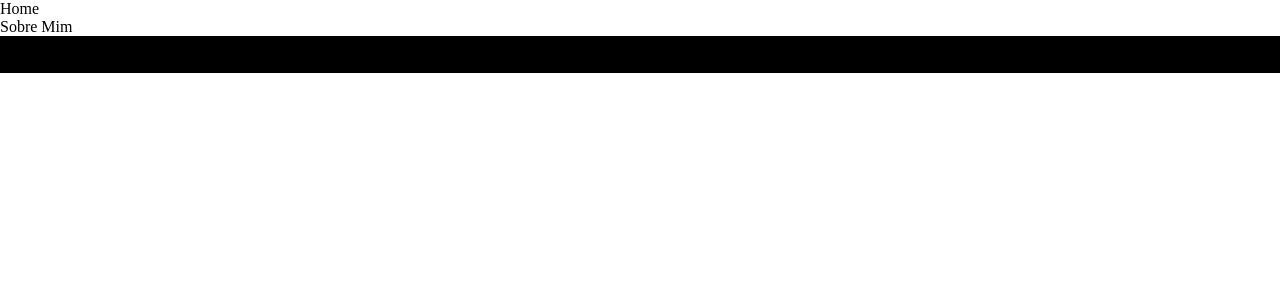
Repository: gimoli/projeto-portifolio
Page: index.html
The author's editor kept a copy of each file at every save. The page is drawn from the files as they stood at one save, then again after the next save.
The browser window is 1280 px wide. The pictures show the whole page.

Above is the page before, as saved 2025-04-23 11:33:08.

After the next save:
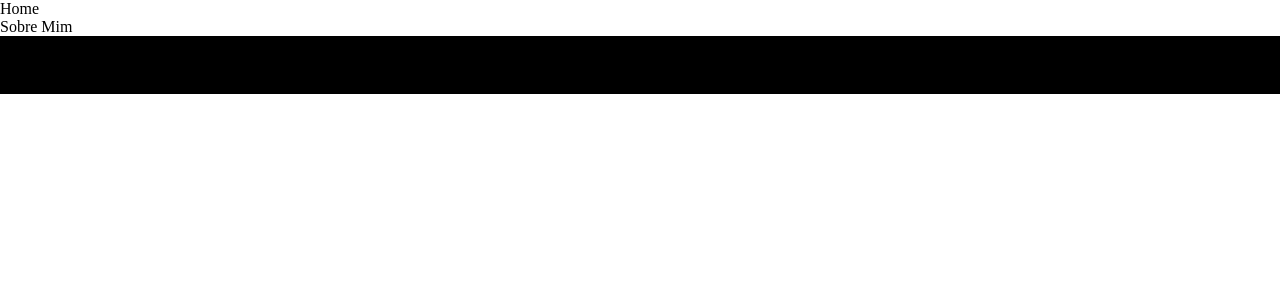
Saved 5 s later.
--- a/style.css
+++ b/style.css
@@ -6,6 +6,6 @@
 }
 
 main{
-    font-size: ;
+    font-size: 25px;
     background-color: black;
 }
